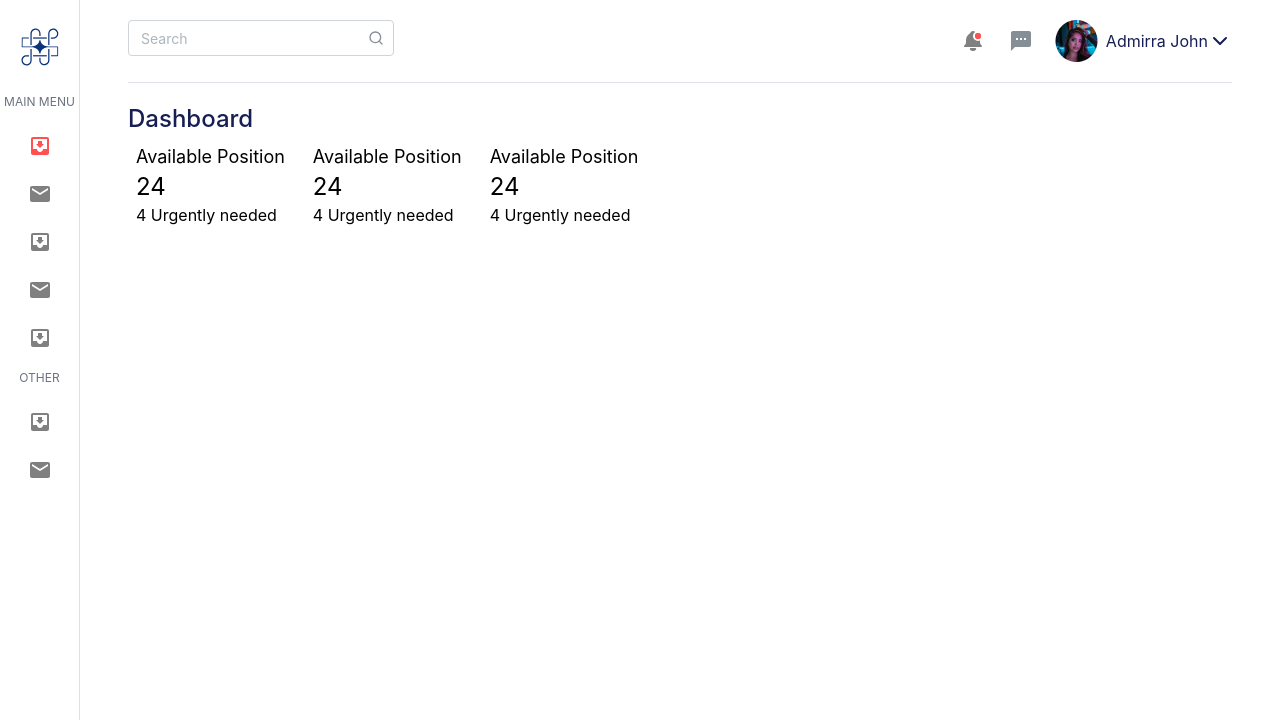
Repository: SatyaDewangan05/sample-dashboard
Page: /
These files come from the project's save history. The page is drawn as it stood at one moment and after the next save; the edit follows.
The browser window is 1280 px wide. The pictures show the whole page.
The project was rebuilt for these pictures with package versions that can differ from the ones it lists, and the page was loaded fresh each time. The framework's server and built-in components were replaced by stand-ins that run in the browser. Also part of the build but not shown: next.config.mjs.

Above is the page before, as saved 2024-09-21 23:29:39.

### src/app/layout.js
import localFont from "next/font/local";
import "./globals.css";
import { MantineProvider } from "@mantine/core";
import "@mantine/core/styles.css";

const geistSans = localFont({
  src: "./fonts/GeistVF.woff",
  variable: "--font-geist-sans",
  weight: "100 900",
});
const geistMono = localFont({
  src: "./fonts/GeistMonoVF.woff",
  variable: "--font-geist-mono",
  weight: "100 900",
});

export const metadata = {
  title: "Create Next App",
  description: "Generated by create next app",
};

export default function RootLayout({ children }) {
  return (
    <html lang="en">
      <body
        className={`${geistSans.variable} ${geistMono.variable} antialiased bg-white`}
      >
        <MantineProvider>{children}</MantineProvider>
      </body>
    </html>
  );
}

### src/app/page.jsx
import Image from "next/image";
import MiniDrawer from "./components/Drawer";
import {
  ActionIcon,
  Anchor,
  Avatar,
  Divider,
  Indicator,
  TextInput,
  Title,
} from "@mantine/core";
import { Search } from "lucide-react";
import {
  IconBellFilled,
  IconChevronCompactDown,
  IconChevronDown,
} from "@tabler/icons-react";
import TextsmsIcon from "@mui/icons-material/Textsms";
import DP from "@/images/dp.png";
import ThreeData from "./components/card/ThreeData";

export default function Home() {
  return (
    <div className="flex">
      <MiniDrawer />
      <div className="w-full px-12">
        {/* Top Bar */}
        <div className="w-full py-5 flex justify-between">
          <TextInput placeholder="Search" rightSection={<Search size={16} />} />
          <div className="flex items-center gap-5">
            <ActionIcon
              variant="transparent"
              color="gray"
              // c="black"
              aria-label="Settings"
            >
              <Indicator color="#FF5151" offset={7} withBorder>
                <IconBellFilled color="gray" />
              </Indicator>
            </ActionIcon>
            <ActionIcon
              variant="transparent"
              color="gray"
              // c="black"
              aria-label="Settings"
            >
              <TextsmsIcon color="gray" />
            </ActionIcon>
            <div className="flex gap-2 items-center">
              <Image src={DP} />
              <Anchor
                href="https://mantine.dev/"
                target="_blank"
                underline="never"
                c="#161E54"
              >
                <div className="flex items-center">
                  Admirra John
                  <IconChevronDown />
                </div>
              </Anchor>
            </div>
          </div>
        </div>
        <Divider />

        <div className="w-full py-5">
          <p className="text-2xl font-medium text-[#161E54]">Dashboard</p>
          <div className="flex gap-3">
            <ThreeData bgColor="#FFEFE7" textColor="#FF5151" />
            <ThreeData bgColor="#E8F0FB" textColor="#3786F1" />
            <ThreeData bgColor="#FFEFE7" textColor="#FF5151" />
          </div>
        </div>
      </div>
    </div>
  );
}

### src/app/globals.css
@tailwind base;
@tailwind components;
@tailwind utilities;

:root {
  --background: #ffffff;
  --foreground: #171717;
}

/* @media (prefers-color-scheme: dark) {
  :root {
    --background: #0a0a0a;
    --foreground: #ededed;
  }
} */

body {
  color: var(--foreground);
  background: var(--background);
  font-family: Arial, Helvetica, sans-serif;
}

@layer utilities {
  .text-balance {
    text-wrap: balance;
  }
}

@layer base {
  :root {
    --background: 0 0% 100%;
    --foreground: 0 0% 3.9%;
    --card: 0 0% 100%;
    --card-foreground: 0 0% 3.9%;
    --popover: 0 0% 100%;
    --popover-foreground: 0 0% 3.9%;
    --primary: 0 0% 9%;
    --primary-foreground: 0 0% 98%;
    --secondary: 0 0% 96.1%;
    --secondary-foreground: 0 0% 9%;
    --muted: 0 0% 96.1%;
    --muted-foreground: 0 0% 45.1%;
    --accent: 0 0% 96.1%;
    --accent-foreground: 0 0% 9%;
    --destructive: 0 84.2% 60.2%;
    --destructive-foreground: 0 0% 98%;
    --border: 0 0% 89.8%;
    --input: 0 0% 89.8%;
    --ring: 0 0% 3.9%;
    --chart-1: 12 76% 61%;
    --chart-2: 173 58% 39%;
    --chart-3: 197 37% 24%;
    --chart-4: 43 74% 66%;
    --chart-5: 27 87% 67%;
    --radius: 0.5rem;
  }
  .dark {
    --background: 0 0% 3.9%;
    --foreground: 0 0% 98%;
    --card: 0 0% 3.9%;
    --card-foreground: 0 0% 98%;
    --popover: 0 0% 3.9%;
    --popover-foreground: 0 0% 98%;
    --primary: 0 0% 98%;
    --primary-foreground: 0 0% 9%;
    --secondary: 0 0% 14.9%;
    --secondary-foreground: 0 0% 98%;
    --muted: 0 0% 14.9%;
    --muted-foreground: 0 0% 63.9%;
    --accent: 0 0% 14.9%;
    --accent-foreground: 0 0% 98%;
    --destructive: 0 62.8% 30.6%;
    --destructive-foreground: 0 0% 98%;
    --border: 0 0% 14.9%;
    --input: 0 0% 14.9%;
    --ring: 0 0% 83.1%;
    --chart-1: 220 70% 50%;
    --chart-2: 160 60% 45%;
    --chart-3: 30 80% 55%;
    --chart-4: 280 65% 60%;
    --chart-5: 340 75% 55%;
  }
}

@layer base {
  * {
    @apply border-border;
  }
  body {
    @apply bg-background text-foreground;
  }
}

### src/app/components/Drawer.jsx
"use client";

import { styled } from "@mui/material/styles";
import MuiDrawer from "@mui/material/Drawer";
import List from "@mui/material/List";
import IconButton from "@mui/material/IconButton";
import MenuIcon from "@mui/icons-material/Menu";

import ListItem from "@mui/material/ListItem";
import ListItemButton from "@mui/material/ListItemButton";
import ListItemIcon from "@mui/material/ListItemIcon";
import ListItemText from "@mui/material/ListItemText";
import InboxIcon from "@mui/icons-material/MoveToInbox";
import MailIcon from "@mui/icons-material/Mail";
import { useState } from "react";
import Image from "next/image";

import Logo from "@/images/logo.svg";
import LogoWithName from "@/images/logo_with_name.png";

const drawerWidth = 220;

const openedMixin = (theme) => ({
  width: drawerWidth,
  transition: theme.transitions.create("width", {
    easing: theme.transitions.easing.sharp,
    duration: theme.transitions.duration.enteringScreen,
  }),
  overflowX: "hidden",
});

const closedMixin = (theme) => ({
  transition: theme.transitions.create("width", {
    easing: theme.transitions.easing.sharp,
    duration: theme.transitions.duration.leavingScreen,
  }),
  overflowX: "hidden",
  width: "80px",
  [theme.breakpoints.up("sm")]: {
    width: "80px",
  },
});

const DrawerHeader = styled("div")(({ theme }) => ({
  display: "flex",
  alignItems: "center",
  justifyContent: "center",
  padding: "20px",
  // necessary for content to be below app bar
  ...theme.mixins.toolbar,
}));

const Drawer = styled(MuiDrawer, {
  shouldForwardProp: (prop) => prop !== "open",
})(({ theme }) => ({
  width: drawerWidth,
  flexShrink: 0,
  whiteSpace: "nowrap",
  boxSizing: "border-box",
  variants: [
    {
      props: ({ open }) => open,
      style: {
        ...openedMixin(theme),
        "& .MuiDrawer-paper": openedMixin(theme),
      },
    },
    {
      props: ({ open }) => !open,
      style: {
        ...closedMixin(theme),
        "& .MuiDrawer-paper": closedMixin(theme),
      },
    },
  ],
}));

export default function MiniDrawer() {
  const [open, setOpen] = useState(false);

  const [active, setActive] = useState("Dashboard");

  return (
    <Drawer variant="permanent" open={open}>
      <DrawerHeader>
        <IconButton onClick={() => setOpen((prevState) => !prevState)}>
          {open ? (
            <Image src={LogoWithName} alt="Images" />
          ) : (
            <Image className="mx-auto" src={Logo} alt="Images" />
          )}
        </IconButton>
      </DrawerHeader>
      <p
        className={`h-5 uppercase text-xs  text-gray-500 ${
          open ? "pl-5" : "text-center"
        }`}
      >
        Main Menu
      </p>
      <List>
        {["Dashboard", "Recruitment", "Schedule", "Employee", "Department"].map(
          (text, index) => (
            <ListItem key={text} disablePadding sx={{ display: "block" }}>
              <ListItemButton
                sx={[
                  {
                    minHeight: 48,
                    px: 2,
                    color: active === text ? "#FF5151" : "unset",
                  },
                  open
                    ? {
                        justifyContent: "initial",
                      }
                    : {
                        justifyContent: "center",
                      },
                ]}
                onClick={() => setActive(text)}
              >
                <ListItemIcon
                  sx={[
                    {
                      //   minWidth: 0,
                      justifyContent: "center",
                      color: active === text ? "#FF5151" : "gray",
                    },
                    open
                      ? {
                          mr: 2,
                        }
                      : {
                          mx: "auto",
                        },
                  ]}
                >
                  {index % 2 === 0 ? <InboxIcon /> : <MailIcon />}
                </ListItemIcon>
                <ListItemText
                  primary={text}
                  sx={[
                    open
                      ? {
                          opacity: 1,
                        }
                      : {
                          opacity: 0,
                        },
                  ]}
                />
              </ListItemButton>
            </ListItem>
          )
        )}
      </List>
      <p
        className={`h-5 uppercase text-xs text-gray-500 ${
          open ? " pl-5" : "text-center"
        }`}
      >
        Other
      </p>
      <List>
        {["Support", "Settings"].map((text, index) => (
          <ListItem key={text} disablePadding sx={{ display: "block" }}>
            <ListItemButton
              sx={[
                {
                  minHeight: 48,
                  px: 2,
                },
                open
                  ? {
                      justifyContent: "initial",
                    }
                  : {
                      justifyContent: "center",
                    },
              ]}
              onClick={() => setActive(text)}
            >
              <ListItemIcon
                sx={[
                  {
                    justifyContent: "center",
                    color: active === text ? "#FF5151" : "gray",
                  },
                  open
                    ? {
                        mr: 2,
                      }
                    : {
                        mx: "auto",
                      },
                ]}
              >
                {index % 2 === 0 ? <InboxIcon /> : <MailIcon />}
              </ListItemIcon>
              <ListItemText
                primary={text}
                sx={[
                  open
                    ? {
                        opacity: 1,
                      }
                    : {
                        opacity: 0,
                      },
                ]}
              />
            </ListItemButton>
          </ListItem>
        ))}
      </List>
    </Drawer>
  );
}

### src/app/components/card/ThreeData.jsx
const ThreeData = ({ bgColor, textColor }) => {
  return (
    <div
      className={`p-2 rounded-md ${
        bgColor ? "bg-[" + bgColor + "]" : "bg-gray-300"
      }`}
    >
      <p className="text-lg">Available Position</p>
      <p className="text-2xl">24</p>
      <p
        className={`text-base text-${
          textColor ? "[" + textColor + "]" : "white"
        }`}
      >
        4 Urgently needed
      </p>
    </div>
  );
};

export default ThreeData;

Loaded but not shown: tailwind.config.js (common file)

After the next save:
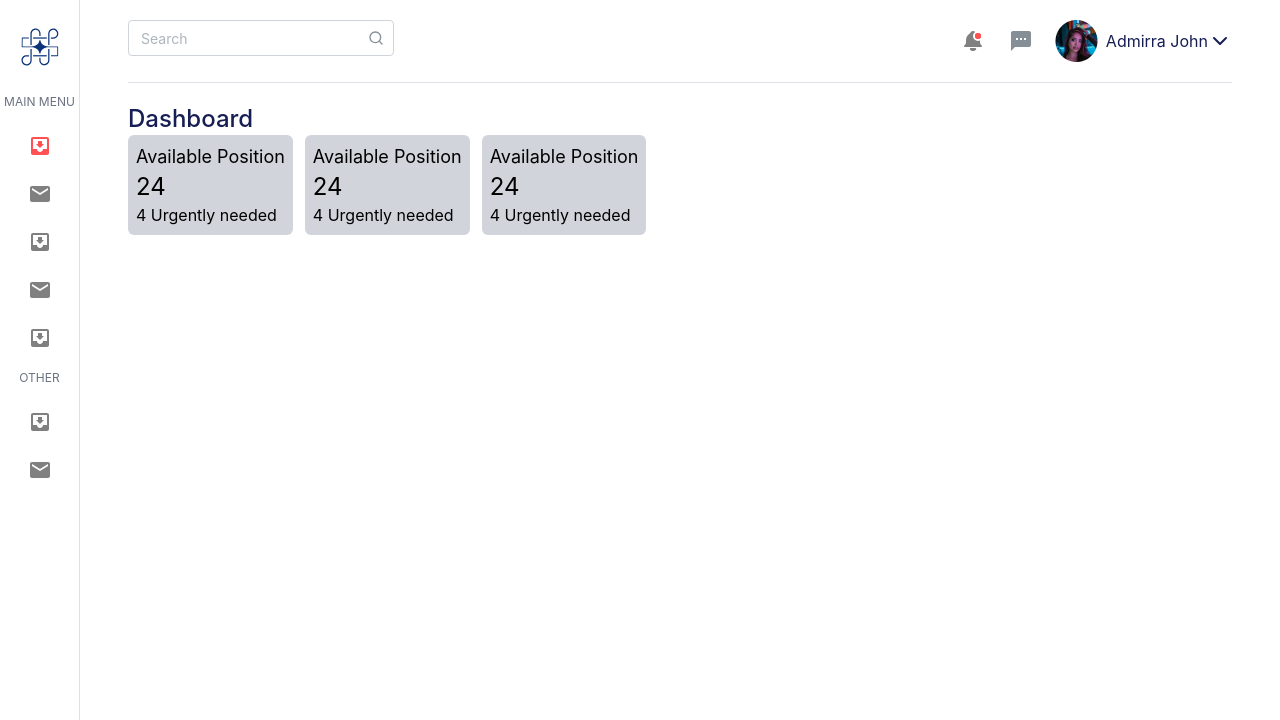
Saved 33 s later.
--- a/src/app/components/card/ThreeData.jsx
+++ b/src/app/components/card/ThreeData.jsx
@@ -2,7 +2,7 @@
   return (
     <div
       className={`p-2 rounded-md ${
-        bgColor ? "bg-[" + bgColor + "]" : "bg-gray-300"
+        false ? "bg-[" + bgColor + "]" : "bg-gray-300"
       }`}
     >
       <p className="text-lg">Available Position</p>

After the save that followed:
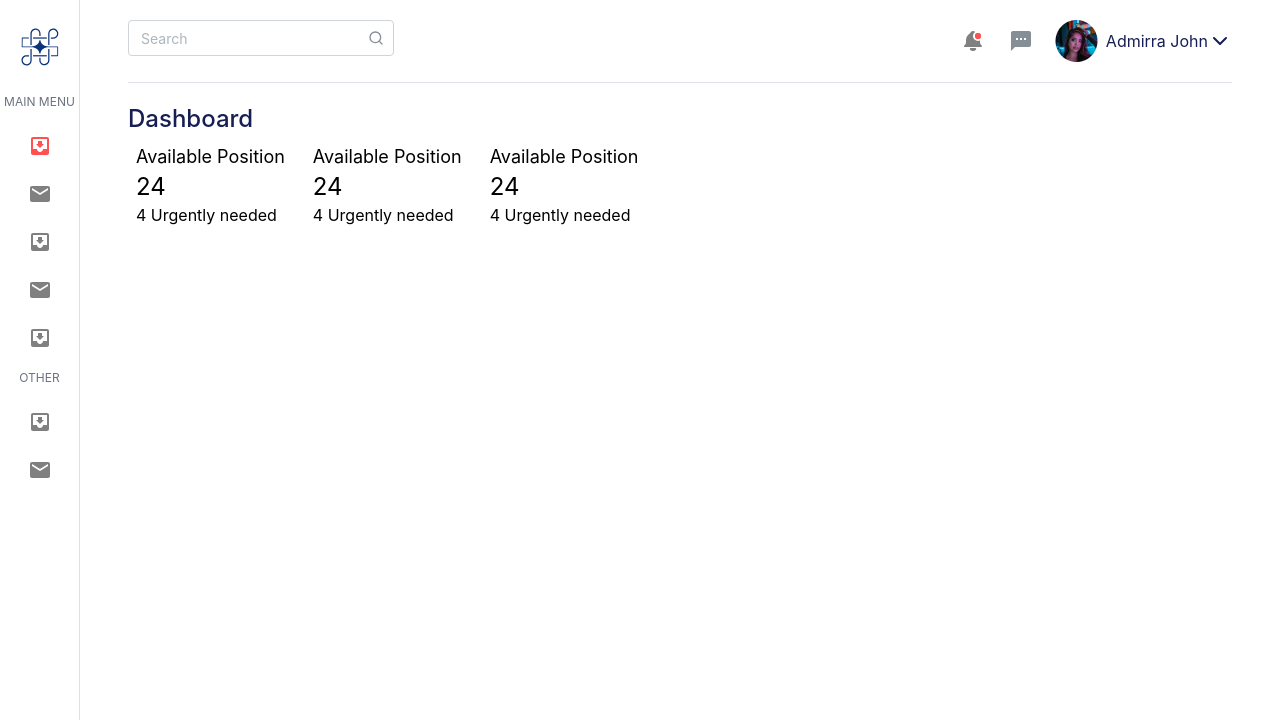
Saved 7 s later.
--- a/src/app/components/card/ThreeData.jsx
+++ b/src/app/components/card/ThreeData.jsx
@@ -2,7 +2,7 @@
   return (
     <div
       className={`p-2 rounded-md ${
-        false ? "bg-[" + bgColor + "]" : "bg-gray-300"
+        bgColor ? "bg-[" + bgColor + "]" : "bg-gray-300"
       }`}
     >
       <p className="text-lg">Available Position</p>
